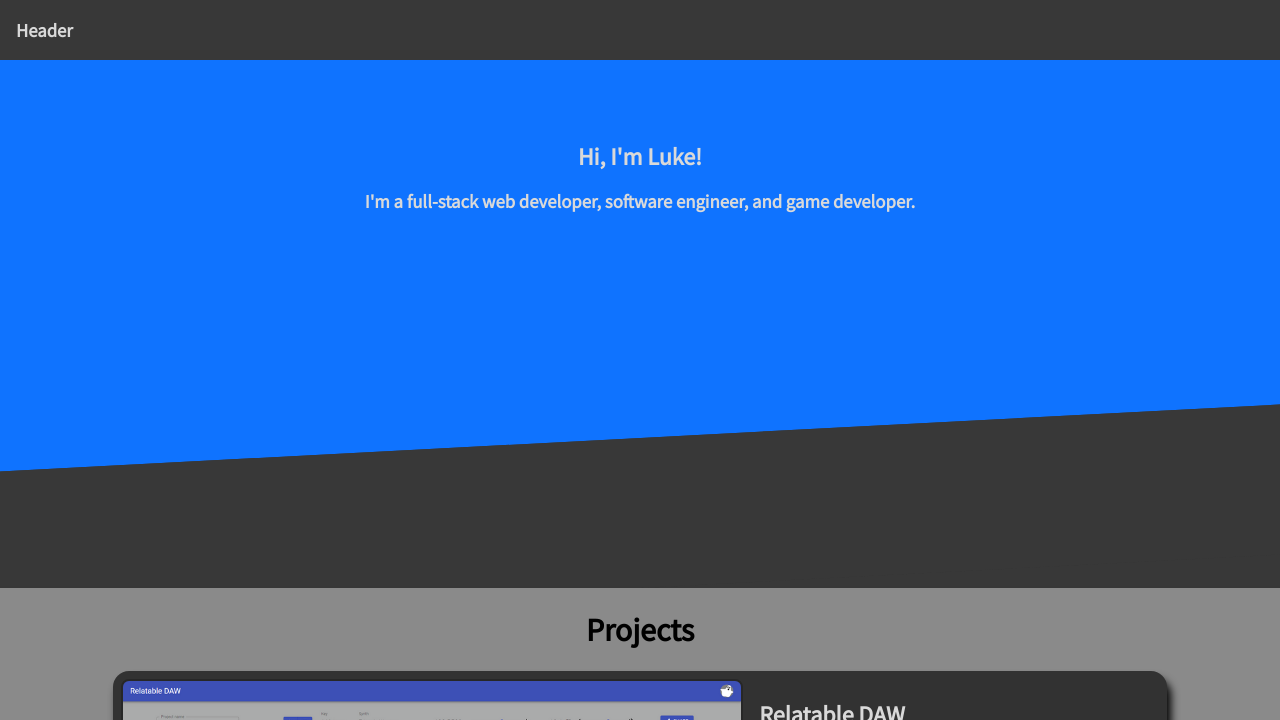
Repository: lbodwell/Personal-Website
Page: index.html
The author's editor kept a copy of each file at every save. The page is drawn from the files as they stood at one save, then again after the next save.
The browser window is 1280 px wide. The pictures show the whole page.
An inner scrolling area shows only its first screen.

Above is the page before, as saved 2022-04-04 04:42:21.

### index.html
<!DOCTYPE html>
<html lang="en">
    <head>
        <meta charset="UTF-8">
        <meta http-equiv="X-UA-Compatible" content="IE=edge">
        <meta name="viewport" content="width=device-width, initial-scale=1.0">
        <title>Luke Bodwell</title>
        <script type="text/javascript" src="script.js" defer></script>
        <link rel="stylesheet" href="styles.css">
    </head>
    <body>
        <header>
            <h3>Header</h3>
        </header>
        <content>
            <div class="intro">
                <h1>Hi, I'm Luke!</h1>
                <h3>I'm a full-stack web developer, software engineer, and game developer.</h3>
            </div>

            <div class="projects-container">
                <h1>Projects</h1>
                <div class="projects">
                    <div class="project project-img-left">
                        <div class="project-image">
                            <img src="images/relatable-daw.png"></img>
                        </div>
                        <div class="project-info">
                            <div class="project-title">
                                <h2>Relatable DAW</h2>
                                <div class="project-types">
                                    <!-- Code icon -->
                                    <svg style="width:32px;height:32px" viewBox="0 0 24 24">
                                        <path fill="currentColor" d="M8,3A2,2 0 0,0 6,5V9A2,2 0 0,1 4,11H3V13H4A2,2 0 0,1 6,15V19A2,2 0 0,0 8,21H10V19H8V14A2,2 0 0,0 6,12A2,2 0 0,0 8,10V5H10V3M16,3A2,2 0 0,1 18,5V9A2,2 0 0,0 20,11H21V13H20A2,2 0 0,0 18,15V19A2,2 0 0,1 16,21H14V19H16V14A2,2 0 0,1 18,12A2,2 0 0,1 16,10V5H14V3H16Z" />
                                    </svg>
                                    <!-- Audio icon -->
                                    <svg style="width:32px;height:32px" viewBox="0 0 24 24">
                                        <path fill="currentColor" d="M14,3.23V5.29C16.89,6.15 19,8.83 19,12C19,15.17 16.89,17.84 14,18.7V20.77C18,19.86 21,16.28 21,12C21,7.72 18,4.14 14,3.23M16.5,12C16.5,10.23 15.5,8.71 14,7.97V16C15.5,15.29 16.5,13.76 16.5,12M3,9V15H7L12,20V4L7,9H3Z" />
                                    </svg>
                                </div>
                            </div>
                            <p>Project description goes here. Lorem ipsum dolor sit amet consectetur adipisicing elit. Maxime mollitia,
                                molestiae quas vel sint commodi repudiandae consequuntur voluptatum laborum
                                numquam blanditiis harum quisquam eius sed odit fugiat iusto fuga praesentium
                                optio, eaque rerum! Provident similique accusantium nemo autem.</p>
                            <div class="project-links">
                                <a class="btn" id="btn-demo-proj1" href="https://relatable-daw.com" target="_blank">Live Demo</a>
                                <a class="btn" id="btn-video-proj1" href="https://drive.google.com/file/d/1R21yoplPYTj6aw2hVH3COGZ260A-Z0TO/view" target="_blank">Video</a>
                                <a class="btn" id="btn-code-proj1" href="https://github.com/lbodwell/Relatable-DAW" target="_blank">Code</a>
                            </div>
                        </div>
                    </div>
                    <div class="project project-img-right">
                        <div class="project-info">
                            <div class="project-title">
                                <h2>GeoBlade</h2>
                                <div class="project-types">
                                    <!-- Code icon -->
                                    <svg style="width:32px;height:32px" viewBox="0 0 24 24">
                                        <path fill="currentColor" d="M8,3A2,2 0 0,0 6,5V9A2,2 0 0,1 4,11H3V13H4A2,2 0 0,1 6,15V19A2,2 0 0,0 8,21H10V19H8V14A2,2 0 0,0 6,12A2,2 0 0,0 8,10V5H10V3M16,3A2,2 0 0,1 18,5V9A2,2 0 0,0 20,11H21V13H20A2,2 0 0,0 18,15V19A2,2 0 0,1 16,21H14V19H16V14A2,2 0 0,1 18,12A2,2 0 0,1 16,10V5H14V3H16Z" />
                                    </svg>
                                    <!-- Game icon -->
                                    <svg style="width:32px;height:32px" viewBox="0 0 24 24">
                                        <path fill="currentColor" d="M7.97,16L5,19C4.67,19.3 4.23,19.5 3.75,19.5A1.75,1.75 0 0,1 2,17.75V17.5L3,10.12C3.21,7.81 5.14,6 7.5,6H16.5C18.86,6 20.79,7.81 21,10.12L22,17.5V17.75A1.75,1.75 0 0,1 20.25,19.5C19.77,19.5 19.33,19.3 19,19L16.03,16H7.97M7,8V10H5V11H7V13H8V11H10V10H8V8H7M16.5,8A0.75,0.75 0 0,0 15.75,8.75A0.75,0.75 0 0,0 16.5,9.5A0.75,0.75 0 0,0 17.25,8.75A0.75,0.75 0 0,0 16.5,8M14.75,9.75A0.75,0.75 0 0,0 14,10.5A0.75,0.75 0 0,0 14.75,11.25A0.75,0.75 0 0,0 15.5,10.5A0.75,0.75 0 0,0 14.75,9.75M18.25,9.75A0.75,0.75 0 0,0 17.5,10.5A0.75,0.75 0 0,0 18.25,11.25A0.75,0.75 0 0,0 19,10.5A0.75,0.75 0 0,0 18.25,9.75M16.5,11.5A0.75,0.75 0 0,0 15.75,12.25A0.75,0.75 0 0,0 16.5,13A0.75,0.75 0 0,0 17.25,12.25A0.75,0.75 0 0,0 16.5,11.5Z" />
                                    </svg>
                                    <!-- Audio icon -->
                                    <svg style="width:32px;height:32px" viewBox="0 0 24 24">
                                        <path fill="currentColor" d="M14,3.23V5.29C16.89,6.15 19,8.83 19,12C19,15.17 16.89,17.84 14,18.7V20.77C18,19.86 21,16.28 21,12C21,7.72 18,4.14 14,3.23M16.5,12C16.5,10.23 15.5,8.71 14,7.97V16C15.5,15.29 16.5,13.76 16.5,12M3,9V15H7L12,20V4L7,9H3Z" />
                                    </svg>
                                </div>
                            </div>
                            <p>Project description goes here. Lorem ipsum dolor sit amet consectetur adipisicing elit. Maxime mollitia,
                                molestiae quas vel sint commodi repudiandae consequuntur voluptatum laborum
                                numquam blanditiis harum quisquam eius sed odit fugiat iusto fuga praesentium
                                optio, eaque rerum! Provident similique accusantium nemo autem.</h>
                            <div class="project-links">
                                <a class="btn" id="btn-download-proj2">Download</a>
                                <a class="btn" id="btn-video-proj2">Video</a>
                                <a class="btn" id="btn-code-proj2">Code</a>
                            </div>
                        </div>
                        <div class="project-image">
                            <img src="images/relatable-daw.png"></img>
                        </div>
                    </div>
                    <div class="project project-img-left">
                        <div class="project-image">
                            <img src="images/relatable-daw.png"></img>
                        </div>
                        <div class="project-info">
                            <div class="project-title">
                                <h2>Example project 3</h2>
                                <div class="project-types">
                                    <!-- Code icon -->
                                    <svg style="width:32px;height:32px" viewBox="0 0 24 24">
                                        <path fill="currentColor" d="M8,3A2,2 0 0,0 6,5V9A2,2 0 0,1 4,11H3V13H4A2,2 0 0,1 6,15V19A2,2 0 0,0 8,21H10V19H8V14A2,2 0 0,0 6,12A2,2 0 0,0 8,10V5H10V3M16,3A2,2 0 0,1 18,5V9A2,2 0 0,0 20,11H21V13H20A2,2 0 0,0 18,15V19A2,2 0 0,1 16,21H14V19H16V14A2,2 0 0,1 18,12A2,2 0 0,1 16,10V5H14V3H16Z" />
                                    </svg>
                                </div>
                            </div>
                            <p>Project description goes here. Lorem ipsum dolor sit amet consectetur adipisicing elit. Maxime mollitia,
                                molestiae quas vel sint commodi repudiandae consequuntur voluptatum laborum
                                numquam blanditiis harum quisquam eius sed odit fugiat iusto fuga praesentium
                                optio, eaque rerum! Provident similique accusantium nemo autem.</h>
                            <div class="project-links">
                                <a class="btn" id="btn-demo-proj3">Live Demo</a>
                                <a class="btn" id="btn-video-proj3">Video</a>
                                <a class="btn" id="btn-code-proj3">Code</a>
                            </div>
                        </div>
                    </div>
                </div>
                <a id="see-more-projects" href="#">See more</a>
            </div>
            <div class="skills">
                <h1>Skills</h1>
                <div class="skills">
                </div>
            </div>
        </content>
        <footer>
            <h3>Footer</h5>
        </footer>
    </body>
</html>

### styles.css
@import url("https://fonts.googleapis.com/css2?family=Source+Sans+Pro&display=swap");

html {
    font-family: "Source Sans Pro", sans-serif;
    background-color: #383838;
}

html, body {
    width: 100%;
    height: 100%;
    margin: 0;
    max-width: 100%;
    overflow-x: hidden;
}

h2, h3, h4, h5, h6, p, svg {
    color: rgb(217, 217, 217);
}

header {
    margin-left: 1rem;
}

content {
    display: flex;
    flex-direction: column;
    align-items: center;
}

.intro {
    color: rgb(217, 217, 217);
    position: relative;
    text-align: center;
    background-color: #0f73ff;
    padding: 4rem;
    width: 100%;
    height: 300px;
    margin-bottom: 100px;
}

.intro > h1 {
    font-size: 24px;
}

.intro::before, .intro::after {
    content: "";
    position: absolute;
    height: 150px;
    bottom: -100px;
    right: 0;
    left: 0;
    background: #383838;
    transform: skewY(-3deg);
}

.projects-container {
    text-align: center;
    background-color: rgb(138, 138, 138);
    padding: 0 64rem 2rem 64rem;
    filter: drop-shadow(4px 8px 4px black);
}

.projects {
    display: grid;
    grid-template-columns: 1fr;
}

.project {
    display: flex;
    gap: 16px;
    width: auto;
    height: 300px;
    margin-bottom: 1rem;
    padding: 0.5rem;
    background-color: #323232;
    border-radius: 16px;
    filter: drop-shadow(4px 8px 4px black);
}

.project-info {
    display: flex;
    flex-direction: column;
    width: 400px;
    border:
}

.project-img-left > .project-info {
    align-items: flex-start;
    text-align: left;
}

.project-img-right > .project-info {
    align-items: flex-end;
    text-align: right;
}

.project-title {
    display: flex;
    flex-direction: column;
}

.project-types {
    display: flex;
    flex-direction: row;
    gap: 8px;
}

.project-img-left .project-types {
    justify-content: flex-start;
}

.project-img-right .project-types {
    justify-content: flex-end;
}

.project-links {
    display: flex;
    flex-direction: row;
    gap: 4px;
}

.btn {
    font-weight: bolder;
    background-color: #0f73ff;
    color: rgb(217, 217, 217);
    border-radius: 8px;
    filter: drop-shadow(2px 4px 2px black);
    padding: 0.25rem 1rem;
    border: none;
    text-decoration: none;
}

.btn:hover {
    background-color: #0c4eac;
    cursor: pointer;
}

.project img {
    width: auto;
    height: 100%;
    border: 2px solid #272727;
    border-radius: 8px;
}

footer {
    margin: 1rem;
}

Loaded but not shown: script.js (common file)

After the next save:
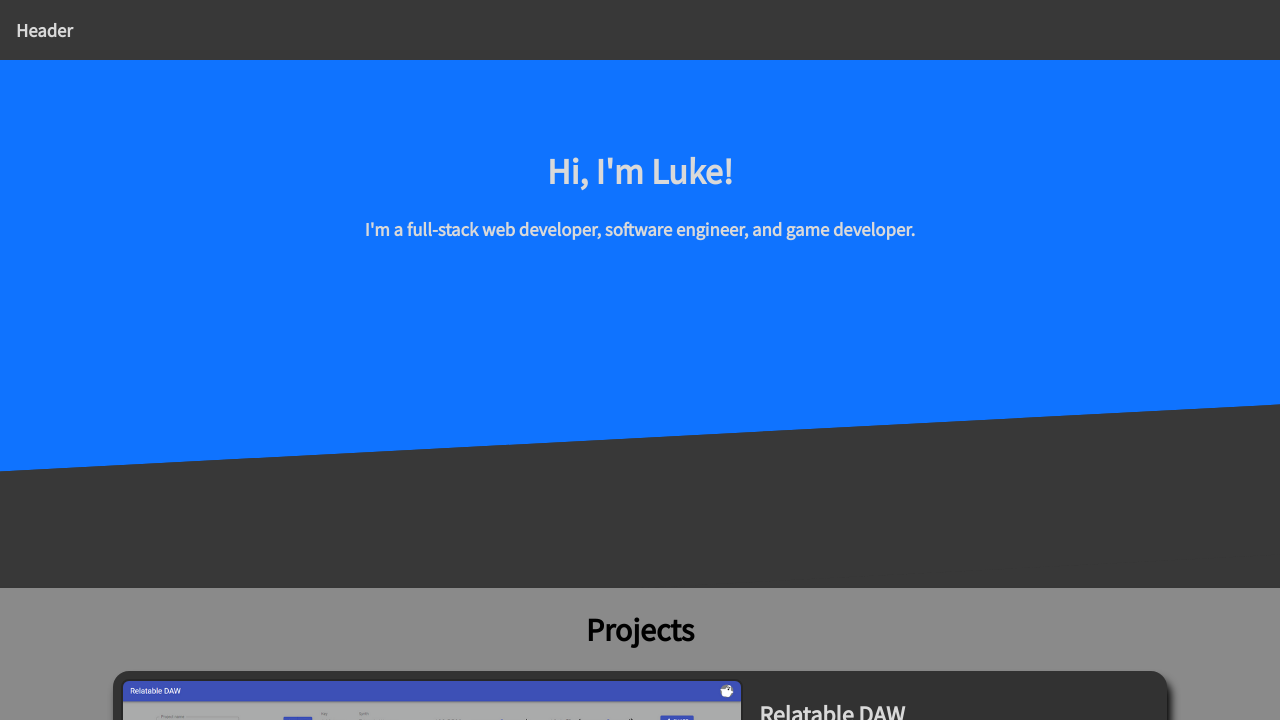
Saved 9 s later.
--- a/styles.css
+++ b/styles.css
@@ -39,7 +39,7 @@ content {
 }
 
 .intro > h1 {
-    font-size: 24px;
+    font-size: 36px;
 }
 
 .intro::before, .intro::after {
